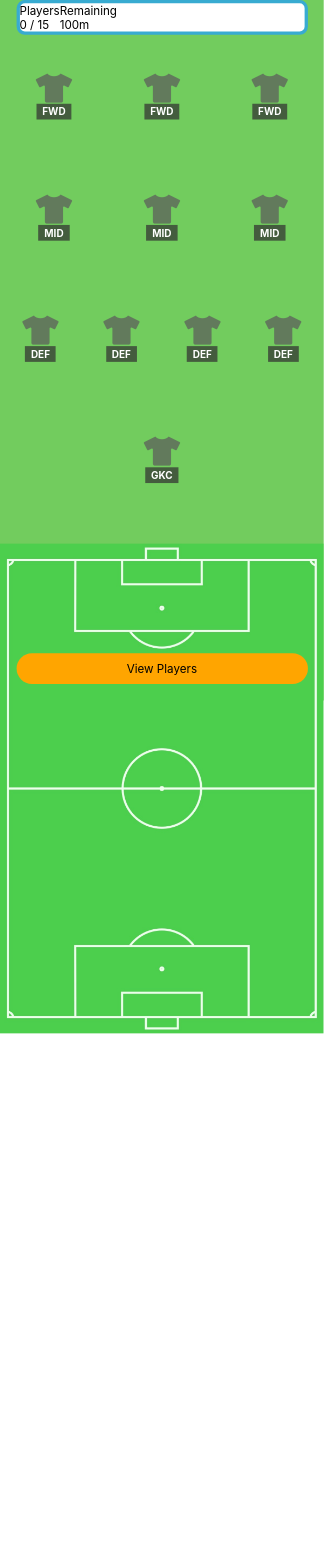
Repository: JavaidAhmadKhan/UEFA
Screen: /
An editor plug-in stored every save of this project. The screen is shown before and after the next save, followed by the edit.
The pictures are shown at 83% of full size.
The app was drawn by React Native's web renderer in a window 390 px wide. The project was rebuilt for these pictures with package versions that can differ from the ones it lists, and the page was loaded fresh each time. Some packages were replaced by stand-ins written for this rebuild.

Above is the screen before, as saved 2021-07-07 12:07:44.

### App.tsx
import "react-native-gesture-handler";
import { StatusBar } from "expo-status-bar";
import React from "react";
import { SafeAreaProvider } from "react-native-safe-area-context";

import useCachedResources from "./hooks/useCachedResources";
import useColorScheme from "./hooks/useColorScheme";
import TabOneScreen from "./screens/TabOneScreen";

export default function App() {
  const isLoadingComplete = useCachedResources();
  const colorScheme = useColorScheme();

  if (!isLoadingComplete) {
    return null;
  } else {
    return (
      <SafeAreaProvider>
        <TabOneScreen />

        <StatusBar />
      </SafeAreaProvider>
    );
  }
}

### screens/TabOneScreen.tsx
import * as React from "react";
import {
  StyleSheet,
  SafeAreaView,
  Platform,
  Pressable,
  Text,
} from "react-native";

import Field from "../components/Field";
import TeamStats from "../components/TeamStats";

export default function TabOneScreen() {
  const viewPlayers = () => {
    console.warn("View Player");
  };

  return (
    <SafeAreaView style={styles.container}>
      <TeamStats />
      <Field />
      <Pressable onPress={viewPlayers} style={styles.buttonContainer}>
        <Text>View Players</Text>
      </Pressable>
    </SafeAreaView>
  );
}

const styles = StyleSheet.create({
  container: {
    flex: 1,
    alignItems: "center",
    backgroundColor: "#72CC5E",
    paddingTop: Platform.OS === "android" ? 30 : 0,
  },
  buttonContainer: {
    backgroundColor: "orange",
    width: "90%",
    margin: 20,
    padding: 10,
    alignItems: "center",
    borderRadius: 50,
    marginTop: "auto",
  },
});

### components/Field.tsx
import React from "react";
import {
  StyleSheet,
  ImageBackground,
  SafeAreaView,
  Platform,
  Text,
  View,
} from "react-native";

import field from "../assets/images/field.jpg";
import FieldPlayer from "./FieldPlayer";

const players: { [key: string]: null[] } = {
  FWD: [null, null, null],
  MID: [null, null, null],
  DEF: [null, null, null, null],
  GKC: [null],
};

const Field = () => {
  return (
    <ImageBackground
      source={field}
      resizeMode="contain"
      style={{
        width: "100%",
        aspectRatio: 2 / 3,
        justifyContent: "space-around",
        alignItems: "center",
      }}
    >
      {Object.keys(players).map((position) => (
        <View
          style={{
            flexDirection: "row",
            justifyContent: "space-around",
            width: "100%",
          }}
        >
          {players[position].map((player) => (
            <FieldPlayer player={player} position={position} />
          ))}
        </View>
      ))}
    </ImageBackground>
  );
};

export default Field;

### components/TeamStats.tsx
import React from "react";
import { View, Text, StyleSheet } from "react-native";

const TeamStats = () => {
  return (
    <View style={styles.container}>
      <View>
        <Text style={styles.label}>Players</Text>
        <Text style={styles.value}>0 / 15</Text>
      </View>

      <View>
        <Text style={styles.label}>Remaining</Text>
        <Text style={styles.value}>100m</Text>
      </View>
    </View>
  );
};

const styles = StyleSheet.create({
  container: {
    backgroundColor: "white",
    width: "90%",
    borderWidth: 4,
    borderColor: "#38abd1",
    borderRadius: 10,
    flexDirection: "row",
  },
  label: {},
  value: {},
});

export default TeamStats;

### components/FieldPlayer.tsx
import React from "react";
import { View, Text } from "react-native";
import { FontAwesome5 } from "@expo/vector-icons";

type FieldPlayerProps = {
  player: null;
  position: string;
};

const FieldPlayer = (props: FieldPlayerProps) => {
  const { player, position } = props;

  return (
    <View style={{ alignItems: "center" }}>
      <FontAwesome5
        name="tshirt"
        size={35}
        color={player ? "#d170db" : "#5c5c5cbb"}
      />
      <Text
        style={{
          backgroundColor: "#333333bb",
          color: "white",
          fontWeight: "bold",
          fontSize: 12,
          padding: 2,
          paddingHorizontal: 7,
        }}
      >
        {position}
      </Text>
    </View>
  );
};

export default FieldPlayer;

Loaded but not shown: hooks/useCachedResources.ts (common file); hooks/useColorScheme.ts (common file)

After the next save:
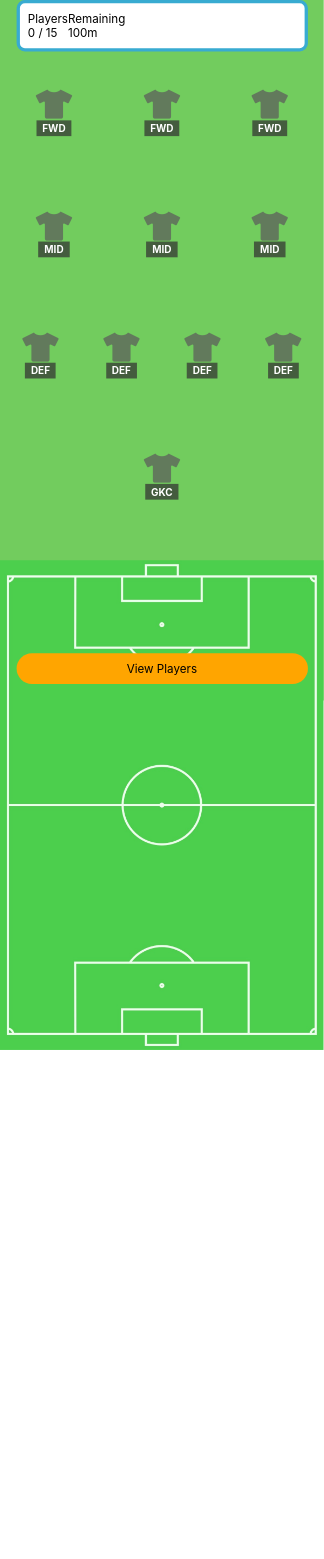
Saved 9 s later.
--- a/components/TeamStats.tsx
+++ b/components/TeamStats.tsx
@@ -25,6 +25,7 @@ const styles = StyleSheet.create({
     borderColor: "#38abd1",
     borderRadius: 10,
     flexDirection: "row",
+    padding: 10,
   },
   label: {},
   value: {},
